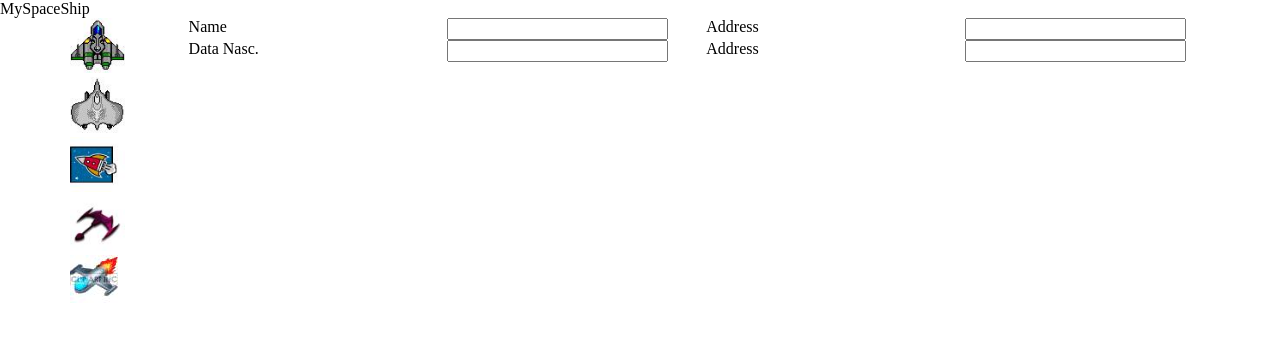
Repository: eudesf/MySpaceShip
Page: MySpaceShip/WebContent/Copy of formlayoutajax.html
An editor plug-in stored every save of this project. The page is shown before and after the next save, followed by the edit.
The browser window is 1280 px wide. The pictures show the whole page.

Above is the page before, as saved 2012-03-19 14:05:53.

### MySpaceShip/WebContent/Copy of formlayoutajax.html
<!DOCTYPE html>

<html>
	<head>
		<meta charset="UTF-8">

		<title>MySpaceShip</title>

		<!--[if lte IE 9]><link rel="stylesheet" href="css/1140/ie.css" type="text/css" media="screen" /><![endif]-->
		<link rel="stylesheet" href="css/1140/1140.css" type="text/css" media="screen" />
		<!-- <link rel="stylesheet" href="css/1140/styles.css" type="text/css" media="screen" /> -->

		<script type="text/javascript" src="js/css3-mediaqueries.js"></script>

		<style>
			html{color:#000;background:#FFF;}body,div,dl,dt,dd,ul,ol,li,h1,h2,h3,h4,h5,h6,pre,code,form,fieldset,legend,input,textarea,p,blockquote,th,td{margin:0;padding:0;}table{border-collapse:collapse;border-spacing:0;}fieldset,img{border:0;}address,caption,cite,code,dfn,em,strong,th,var{font-style:normal;font-weight:normal;}li{list-style:none;}caption,th{text-align:left;}h1,h2,h3,h4,h5,h6{font-size:100%;font-weight:normal;}q:before,q:after{content:'';}abbr,acronym{border:0;font-variant:normal;}sup{vertical-align:text-top;}sub{vertical-align:text-bottom;}input,textarea,select{font-family:inherit;font-size:inherit;font-weight:inherit;}input,textarea,select{*font-size:100%;}legend{color:#000;}

			input {
				width: 100%;

				-webkit-box-sizing: border-box;
				-moz-box-sizing: border-box;
				box-sizing: border-box;
			}
		</style>

	</head>
	<body>

		<header>
			<h2>MySpaceShip</h2>
		</header>

		<div class="container">
			<div class="row">
				<div class="onecol">
					<nav>
						<a href="javascript:void(0)">
							<img src="images/ship1.jpg" alt="ship 1"/>
						</a>
						<a href="javascript:void(0)">
							<img src="images/ship2.jpg" alt="ship 2"/>
						</a>
						<a href="javascript:void(0)">
							<img src="images/ship3.jpg" alt="ship 3"/>
						</a>
						<a href="javascript:void(0)">
							<img src="images/ship4.jpg" alt="ship 4"/>
						</a>
						<a href="javascript:void(0)">
							<img src="images/ship5.jpg" alt="ship 5"/>
						</a>
					</nav>
				</div>
				<section>
					<article>
						<form>
							<div class="elevencol last">
								<div class="container">
									<div class="row">
										<div class="threecol">
											<label for="name">Name</label>
										</div>
										<div class="threecol">
											<input id="name" class="w100p" type="text" />
										</div>
										<div class="threecol">
											<label for="address">Address</label>
										</div>
										<div class="threecol last">
											<input id="address" type="text"/>
										</div>
									</div>
									<div class="row">
										<div class="threecol">
											<label for="dtnasc">Data Nasc.</label>
										</div>
										<div class="threecol">
											<input id="dtnasc" class="w100p" type="text" />
										</div>
										<div class="threecol">
											<label for="address">Address</label>
										</div>
										<div class="threecol last">
											<input id="address" type="text"/>
										</div>
									</div>
								</div>
							</div>
						</form>
					</article>
				</section>
			</div>
		</div>
	</body>
</html>

### MySpaceShip/WebContent/css/1140/1140.css
/* CSS Resets */

html,body,div,span,object,iframe,h1,h2,h3,h4,h5,h6,p,blockquote,pre,a,abbr,address,cite,code,del,dfn,em,img,ins,q,small,strong,sub,sup,dl,dt,dd,ol,ul,li,fieldset,form,label,legend,table,caption,tbody,tfoot,thead,tr,th,td{border:0;margin:0;padding:0}article,aside,figure,figure img,figcaption,hgroup,footer,header,nav,section,video,object{display:block}a img{border:0}figure{position:relative}figure img{width:100%}


/* ==================================================================================================================== */
/* ! The 1140px Grid V2 by Andy Taylor \ http://cssgrid.net \ http://www.twitter.com/andytlr \ http://www.andytlr.com   */
/* ==================================================================================================================== */

.container {
padding-left: 20px;
padding-right: 20px;
}

.row {
width: 100%;
max-width: 1140px;
min-width: 755px;
margin: 0 auto;
overflow: hidden;
}

.onecol, .twocol, .threecol, .fourcol, .fivecol, .sixcol, .sevencol, .eightcol, .ninecol, .tencol, .elevencol {
margin-right: 3.8%;
float: left;
min-height: 1px;
}

.row .onecol {
width: 4.85%;
}

.row .twocol {
width: 13.45%;
}

.row .threecol {
width: 22.05%;
}

.row .fourcol {
width: 30.75%;
}

.row .fivecol {
width: 39.45%;
}

.row .sixcol {
width: 48%;
}

.row .sevencol {
width: 56.75%;
}

.row .eightcol {
width: 65.4%;
}

.row .ninecol {
width: 74.05%;
}

.row .tencol {
width: 82.7%;
}

.row .elevencol {
width: 91.35%;
}

.row .twelvecol {
width: 100%;
float: left;
}

.last {
margin-right: 0px;
}

img, object, embed {
max-width: 100%;
}

img {
	height: auto;
}


/* Smaller screens */

@media only screen and (max-width: 1023px) {

	body {
	font-size: 0.8em;
	line-height: 1.5em;
	}

	}


/* Mobile */

@media handheld, only screen and (max-width: 767px) {

	body {
	font-size: 16px;
	-webkit-text-size-adjust: none;
	}

	.row, body, .container {
	width: 100%;
	min-width: 0;
	margin-left: 0px;
	margin-right: 0px;
	padding-left: 0px;
	padding-right: 0px;
	}

	.row .onecol, .row .twocol, .row .threecol, .row .fourcol, .row .fivecol, .row .sixcol, .row .sevencol, .row .eightcol, .row .ninecol, .row .tencol, .row .elevencol, .row .twelvecol {
	width: auto;
	float: none;
	margin-left: 0px;
	margin-right: 0px;
	padding-left: 20px;
	padding-right: 20px;
	}

}

Loaded but not shown: MySpaceShip/WebContent/js/libs/css3-mediaqueries.js (library)

After the next save:
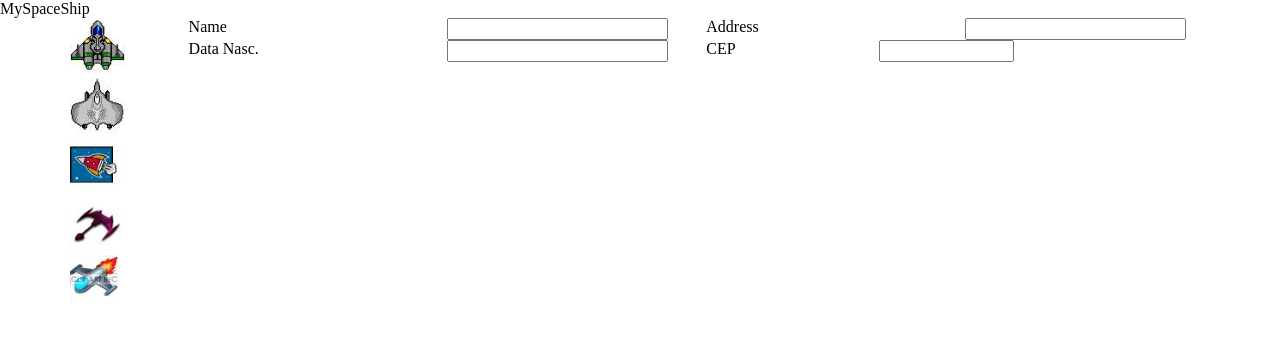
Saved 34 s later.
--- a/MySpaceShip/WebContent/Copy of formlayoutajax.html
+++ b/MySpaceShip/WebContent/Copy of formlayoutajax.html
@@ -78,10 +78,10 @@
 										<div class="threecol">
 											<input id="dtnasc" class="w100p" type="text" />
 										</div>
-										<div class="threecol">
-											<label for="address">Address</label>
+										<div class="twocol">
+											<label for="address">CEP</label>
 										</div>
-										<div class="threecol last">
+										<div class="twocol">
 											<input id="address" type="text"/>
 										</div>
 									</div>
